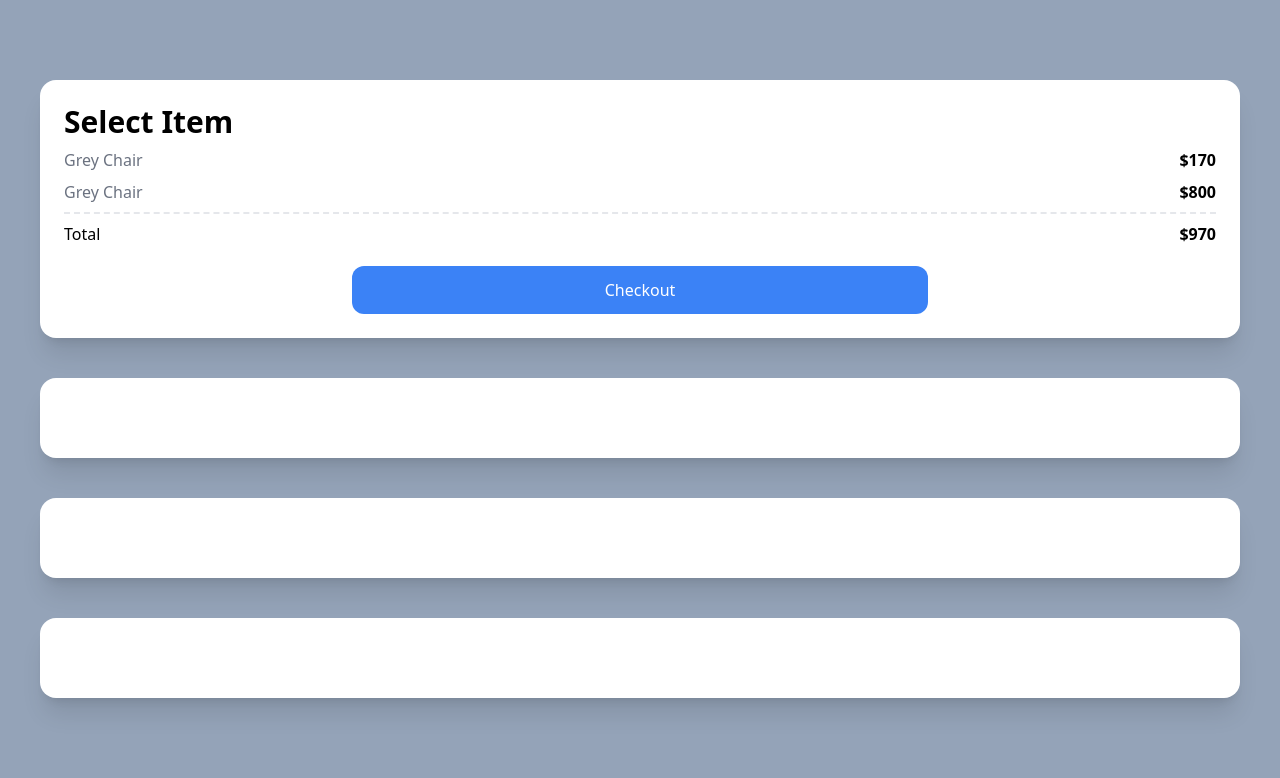
Repository: pjk0007/nextjs-carrot-marcket
Page: /
An editor plug-in stored every save of this project. The page is shown before and after the next save, followed by the edit.
The browser window is 1280 px wide. The pictures show the whole page.
The project was rebuilt for these pictures with package versions that can differ from the ones it lists, and the page was loaded fresh each time. The framework's server and built-in components were replaced by stand-ins that run in the browser. Also part of the build but not shown: next.config.js.

Above is the page before, as saved 2022-04-30 13:03:48.

### pages/index.tsx
import type { NextPage } from 'next'
const Home: NextPage = () => {
  return (
    <div className='bg-slate-400 py-20 px-10 grid gap-10'>
      <div className='bg-white p-6 rounded-2xl shadow-xl'>
        <span className='font-semibold text-3xl'>Select Item</span>
        <div className='flex justify-between my-2'>
          <span className='text-gray-500'>Grey Chair</span>
          <span className='font-semibold'>$170</span>
        </div>
        <div className='flex justify-between'>
          <span className='text-gray-500'>Grey Chair</span>
          <span className='font-semibold'>$800</span>
        </div>
        <div className='flex justify-between mt-2 pt-2 border-t-2 border-dashed'>
          <span>Total</span>
          <span className='font-semibold'>$970</span>
        </div>
        <div className='mt-5 bg-blue-500 text-white p-3 text-center rounded-xl w-1/2 mx-auto'>Checkout</div>
      </div>
      <div className='bg-white p-10 rounded-2xl shadow-xl'></div>
      <div className='bg-white p-10 rounded-2xl shadow-xl'></div>
      <div className='bg-white p-10 rounded-2xl shadow-xl'></div>
    </div>
  );
}

export default Home

### tailwind.config.js
module.exports = {
  content: [
    "./pages/**/*.{js,jsx,ts,tsx}",
    "./components/**/*.{js,jsx,ts,tsx}"
  ],
  theme: {
    extend: {},
  },
  plugins: [],
}

Loaded but not shown: pages/_app.tsx (common file); styles/globals.css (common file)

After the next save:
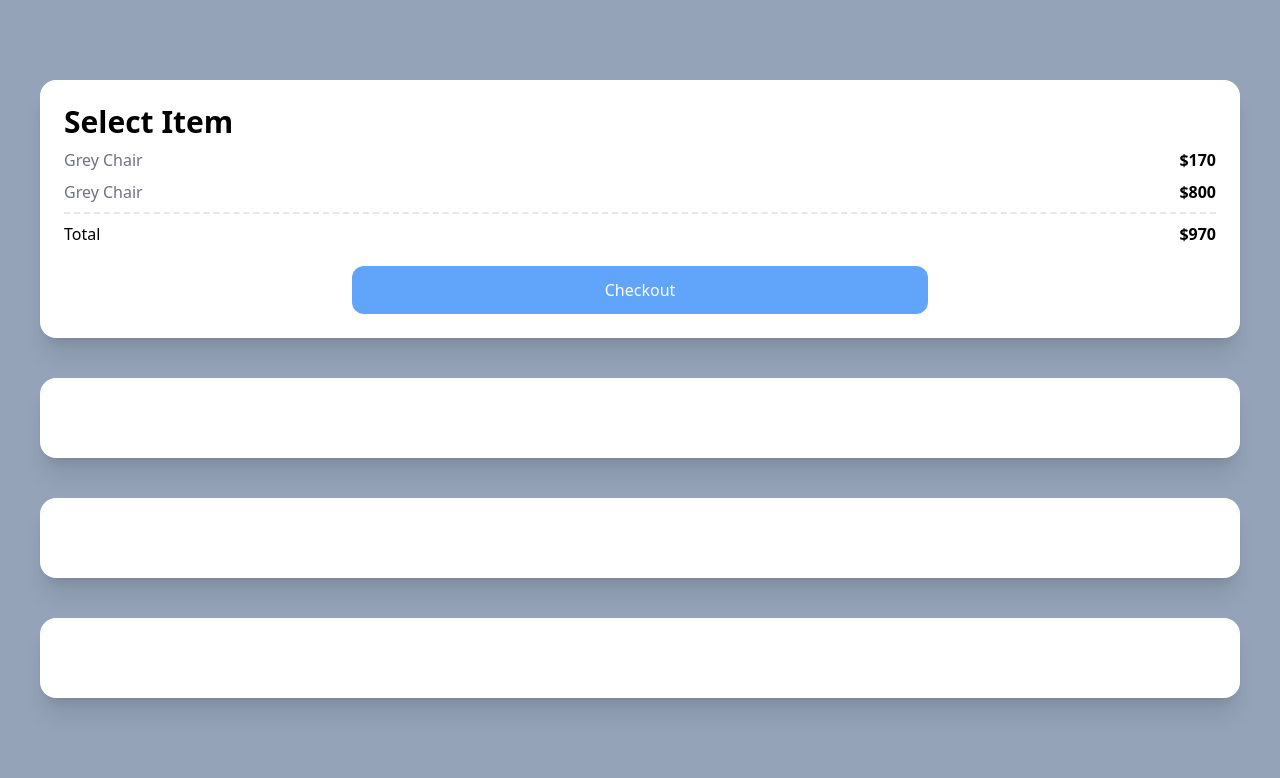
Saved 11 s later.
--- a/pages/index.tsx
+++ b/pages/index.tsx
@@ -16,7 +16,7 @@ const Home: NextPage = () => {
           <span>Total</span>
           <span className='font-semibold'>$970</span>
         </div>
-        <div className='mt-5 bg-blue-500 text-white p-3 text-center rounded-xl w-1/2 mx-auto'>Checkout</div>
+        <div className='mt-5 bg-blue-400 text-white p-3 text-center rounded-xl w-1/2 mx-auto'>Checkout</div>
       </div>
       <div className='bg-white p-10 rounded-2xl shadow-xl'></div>
       <div className='bg-white p-10 rounded-2xl shadow-xl'></div>
